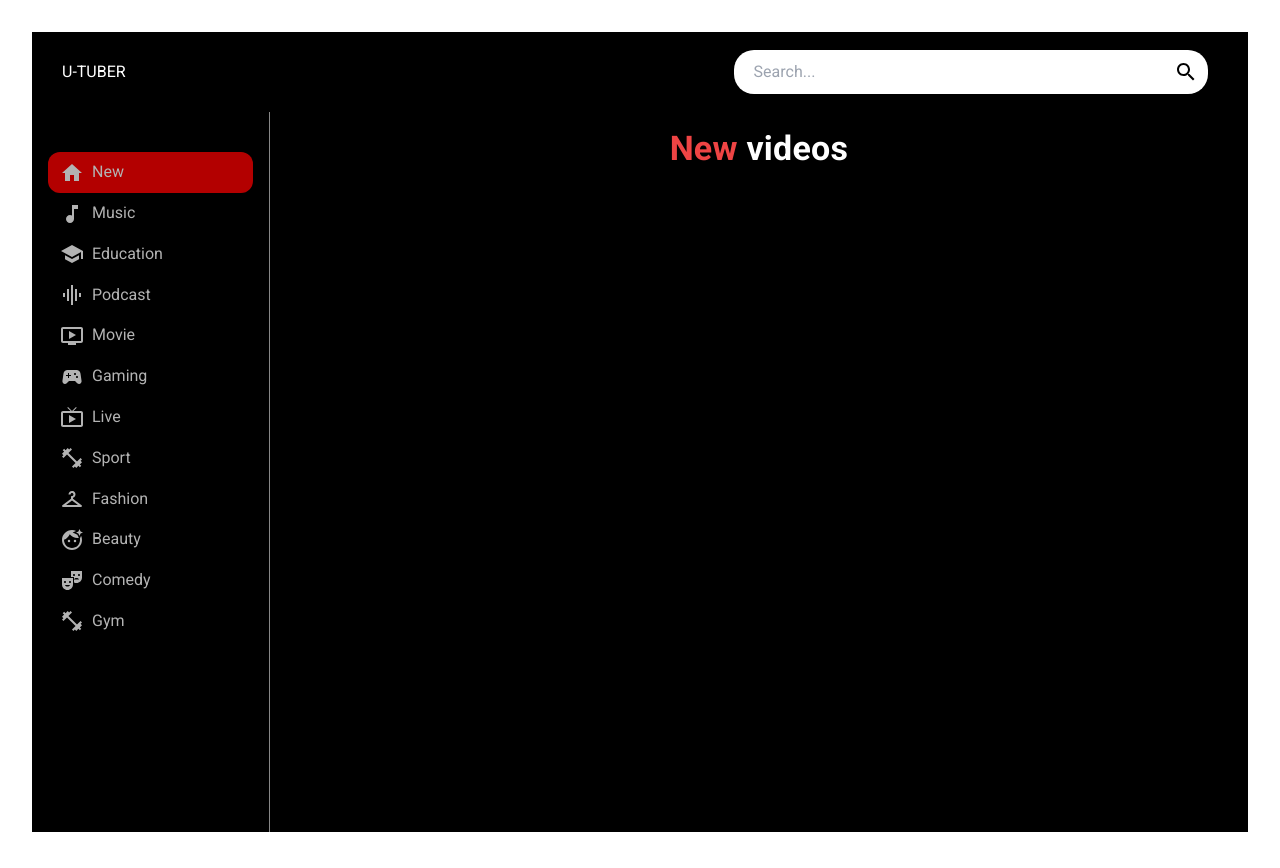
Repository: Nurlan-Bakenbaev/YoutubeClone
Page: /
The author's editor kept a copy of each file at every save. The page is drawn from the files as they stood at one save, then again after the next save.
The browser window is 1280 px wide. The pictures show the whole page.
The page's requests for data from a server got no answer. The project was rebuilt for these pictures with package versions that can differ from the ones it lists, and the page was loaded fresh each time. No one was signed in, and anything a server would have sent is missing. Also part of the build but not shown: vite.config.js, src/components/VideoCard.jsx, src/components/ChannelCard.jsx, src/components/VideoDetails.jsx, src/components/SearchFeed.jsx, src/components/ChannelDetails.jsx.

Above is the page before, as saved 2023-09-08 15:29:55.

### index.html
<!DOCTYPE html>
<html lang="en">
  <head>
    <link
      rel="stylesheet"
      href="https://fonts.googleapis.com/icon?family=Material+Icons"
    />
    <link rel="preconnect" href="https://fonts.googleapis.com" />
    <link rel="preconnect" href="https://fonts.gstatic.com" crossorigin />
    <link
      rel="stylesheet"
      href="https://fonts.googleapis.com/css2?family=Roboto:wght@300;400;500;600;700&display=swap"
    />

    <meta charset="UTF-8" />
    <link rel="icon" type="image/svg+xml" href="/vite.svg" />
    <meta name="viewport" content="width=device-width, initial-scale=1.0" />
    <title>Youtube Clone</title>
  </head>
  <body>
    <div id="root"></div>
    <script type="module" src="/src/main.jsx"></script>
  </body>
</html>

### src/App.jsx
import "./App.css";
import { BrowserRouter, Routes, Route } from "react-router-dom";
import { Box } from "@mui/material";
import Navbar from './components/Navbar'
import Feed from './components/Feed'
import VideoDetails from './components/VideoDetails'
import SearchFeed from './components/SearchFeed'
import ChannelDetails from './components/ChannelDetails'


const App = () => (
  <BrowserRouter>
    <Box sx={{ backgroundColor: "#000" }}>
      <Navbar/>
      <Routes>
        <Route path="/" element={<Feed />} />
        <Route path="/video/:id" element={<VideoDetails />} />
        <Route path="/channel/:id" element={<ChannelDetails />} />
        <Route path="/search/:searchTerm" element={<SearchFeed />} />
      </Routes>
    </Box>
  </BrowserRouter>
);

export default App;

### src/index.css
@import "tailwindcss/base";
@import "tailwindcss/components";
@import "tailwindcss/utilities";


body {
  font-family: "Roboto", sans-serif;
  margin: 0;
  padding: 0;
  box-sizing: border-box;
}
a{
  color:inherit;
  text-decoration: none;
}

### src/components/Navbar.jsx
import { Stack } from "@mui/material";
import { Link } from "react-router-dom";
import SearchBar from "./SearchBar";

const Navbar = () => {
  return (
    <Stack
      direction="row"
      alignItems="center"
      sx={{
        position: "sticky",
        background: "black",
        top: "0",
        justifyContent: "space-between",
        height: "80px",
        pl:'30px'
      }}
    >
      <Stack
        sx={{
          display: "flex",
          flexDirection: "row",
          alignItems: "center",
        }}
      >
        <Link className="hidden md:block" to={"/"}>
           <h1 className="text-bold text-white">U-TUBER</h1>
        </Link>
      </Stack>
      <SearchBar />
    </Stack>
  );
};

export default Navbar;

### src/components/Feed.jsx
import React, { useState, useEffect } from "react";
import { Box, Stack, Typography } from "@mui/material";
import SideBar from "./SideBar";
import Videos from "./Videos";
import { fetchFromAPI } from "./helpers/fetchFromAPI";

const Feed = () => {
  const [selectedCategory, setSelectedCategory] = useState("New");
  const [videos, setVideous] = useState([]);
  useEffect(() => {
    fetchFromAPI(`search?part=snippet&q=
    ${selectedCategory}`).then((data) => setVideous(data.items));
  }, [selectedCategory]);

  return (
    <Stack sx={{ flexDirection: { sx: "column", md: "row" } }}>
      <Box
        sx={{
          height: { sx: "auto", md: "100vh" },
          borderRight: "1px solid #878787 ",
          px: { sx: 0, md: 2 },
        }}
      >
        <SideBar
          selectedCategory={selectedCategory}
          setSelectedCategory={setSelectedCategory}
        />
        <Typography
          className="copyright"
          variant="body2"
          sx={{ mt: 1.5, color: "white" }}
        >
          Copyrights 2023 Nurlan-Develop
        </Typography>
      </Box>
      <Box p={2} sx={{ overflowY: "auto", height: "90vh", flex: 2 }}>
        <Typography
          variant="h4"
          fontWeight="bold"
          mb={2}
          sx={{ color: "white" }}
        >
          <span className="text-red-500">{selectedCategory}</span> videos
          <Videos videos={videos} />
        </Typography>
      </Box>
    </Stack>
  );
};

export default Feed;

### src/components/SearchBar.jsx
import React from "react";
import { useState } from "react";
import { useNavigate } from "react-router-dom";
import { Paper, IconButton } from "@mui/material";
import SearchIcon from "@mui/icons-material/Search";
const SearchBar = () => {
  return (
    <Paper
      component="form"
      onSubmit={() => {}}
      sx={{
        borderRadius: "20px",
        pl: 2,
        boxShadow: "none",
        display: "flex",
        alignItems: "center",
        minWidth:"40%",
        mr: { sm: 5 },
      }}
    >
      <input
        className="flex-1 p-1 outline-none"
        placeholder="Search..."
        type="text"
        onChange={() => {}}/>
      <IconButton type="submit" sx={{ p: "10px", color: "black" }}>
        <SearchIcon />
      </IconButton>
    </Paper>
  );
};

export default SearchBar;

### src/components/SideBar.jsx
import React from "react";
import { Stack } from "@mui/material";
import { categories } from "./helpers/constants";

const SideBar = ({ selectedCategory, setSelectedCategory }) => {
  return (
    <Stack
      direction="row"
      sx={{
        marginTop: { sx: 5, md: 5 },
        overflowY: "",
        overflowX: "auto",
        height: { sx: "auto", md: "95%" },
        flexDirection: { md: "column" },
      }}
    >
      {categories.map((cat) => (
        <button
          onClick={() => setSelectedCategory(cat.name)}
          key={cat.name}
          style={{ background: cat.name === selectedCategory && "red" }}
          className="
        flex gap-2 items-center
         hover:bg-red-500 text-white
          py-2 px-3 rounded-xl opacity-[0.7] hover:opacity-[1]"
        >
          <span>{cat.icon}</span>
          <span className="hidden md:block">{cat.name}</span>
        </button>
      ))}
    </Stack>
  );
};

export default SideBar;

### src/components/Videos.jsx
import React from "react";
import { Stack, Box } from "@mui/material";
import VideoCard from "./VideoCard";
import ChannelCard from "./ChannelCard";
const Videos = ({ videos }) => {
  return (
    <Stack  direction="row" justifyContent="start"margin='auto' flexWrap="wrap" gap={2}>
      {videos.map((item, idx) => (
        <Box key={idx}>
          {item.id.videoId && <VideoCard video={item} />}
          {item.id.channelId && <ChannelCard channelDetail={item} />}
        </Box>
      ))}
    </Stack>
  );
};

export default Videos;

### src/components/helpers/fetchFromAPI.js
import axios from "axios";


const BASE_URL = "https://youtube-v31.p.rapidapi.com";

const options = {
  params: {

    maxResults: "10",
  },
  headers: {
    "X-RapidAPI-Key": 'dfd9fd22a4msh387268f5a8f5fb7p1284fdjsne6bbd54d9622',
    "X-RapidAPI-Host": "youtube-v31.p.rapidapi.com",
  },
};
export const fetchFromAPI = async (url) => {
  const { data } = await axios.get(`${BASE_URL}/${url}`, options);
  return data;
};

### src/components/helpers/constants.jsx
import MusicNoteIcon from '@mui/icons-material/MusicNote';
import HomeIcon from '@mui/icons-material/Home';
import CodeIcon from '@mui/icons-material/Code';
import OndemandVideoIcon from '@mui/icons-material/OndemandVideo';
import SportsEsportsIcon from '@mui/icons-material/SportsEsports';
import LiveTvIcon from '@mui/icons-material/LiveTv';
import SchoolIcon from '@mui/icons-material/School';
import FaceRetouchingNaturalIcon from '@mui/icons-material/FaceRetouchingNatural';
import CheckroomIcon from '@mui/icons-material/Checkroom';
import GraphicEqIcon from '@mui/icons-material/GraphicEq';
import TheaterComedyIcon from '@mui/icons-material/TheaterComedy';
import FitnessCenterIcon from '@mui/icons-material/FitnessCenter';
import DeveloperModeIcon from '@mui/icons-material/DeveloperMode';


export const categories = [
  { name: 'New', icon: <HomeIcon />, },
  { name: 'Music', icon: <MusicNoteIcon /> },
  { name: 'Education', icon: <SchoolIcon />, },
  { name: 'Podcast', icon: <GraphicEqIcon />, },
  { name: 'Movie', icon: <OndemandVideoIcon />, },
  { name: 'Gaming', icon: <SportsEsportsIcon />, },
  { name: 'Live', icon: <LiveTvIcon />, },
  { name: 'Sport', icon: <FitnessCenterIcon />, },
  { name: 'Fashion', icon: <CheckroomIcon />, },
  { name: 'Beauty', icon: <FaceRetouchingNaturalIcon />, },
  { name: 'Comedy', icon: <TheaterComedyIcon />, },
  { name: 'Gym', icon: <FitnessCenterIcon />, },
];

export const demoThumbnailUrl = 'https://i.ibb.co/G2L2Gwp/API-Course.png';
export const demoChannelUrl = '/channel/UCmXmlB4-HJytD7wek0Uo97A';
export const demoVideoUrl = '/video/GDa8kZLNhJ4';
export const demoChannelTitle = 'JavaScript Mastery';
export const demoVideoTitle = 'Build and Deploy 5 JavaScript & React API Projects in 10 Hours - Full Course | RapidAPI';
export const demoProfilePicture = 'http://dergipark.org.tr/assets/app/images/buddy_sample.png'

Loaded but not shown: src/main.jsx (common file); src/App.css (common file); tailwind.config.js (common file)

After the next save:
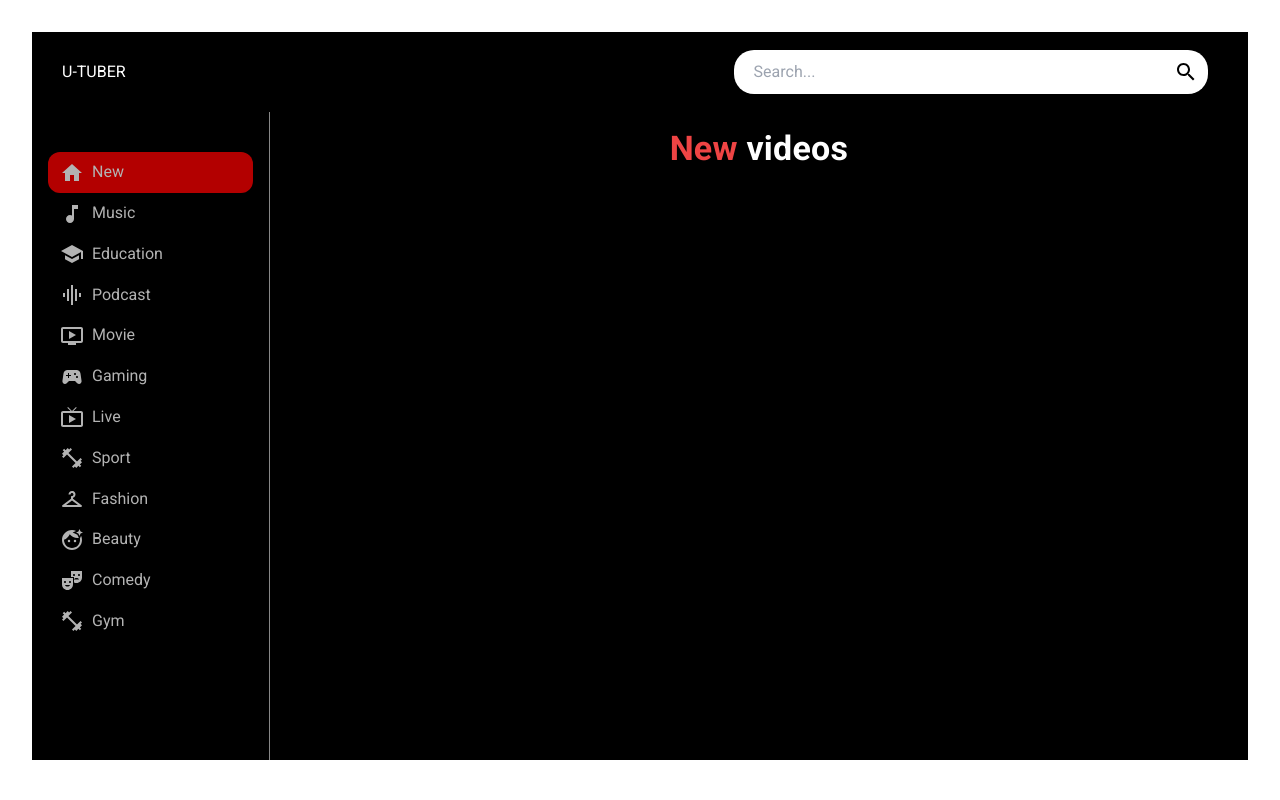
Saved 12 s later.
--- a/src/components/Feed.jsx
+++ b/src/components/Feed.jsx
@@ -16,7 +16,7 @@ const Feed = () => {
     <Stack sx={{ flexDirection: { sx: "column", md: "row" } }}>
       <Box
         sx={{
-          height: { sx: "auto", md: "100vh" },
+          height: { sx: "auto", md: "90vh" },
           borderRight: "1px solid #878787 ",
           px: { sx: 0, md: 2 },
         }}
